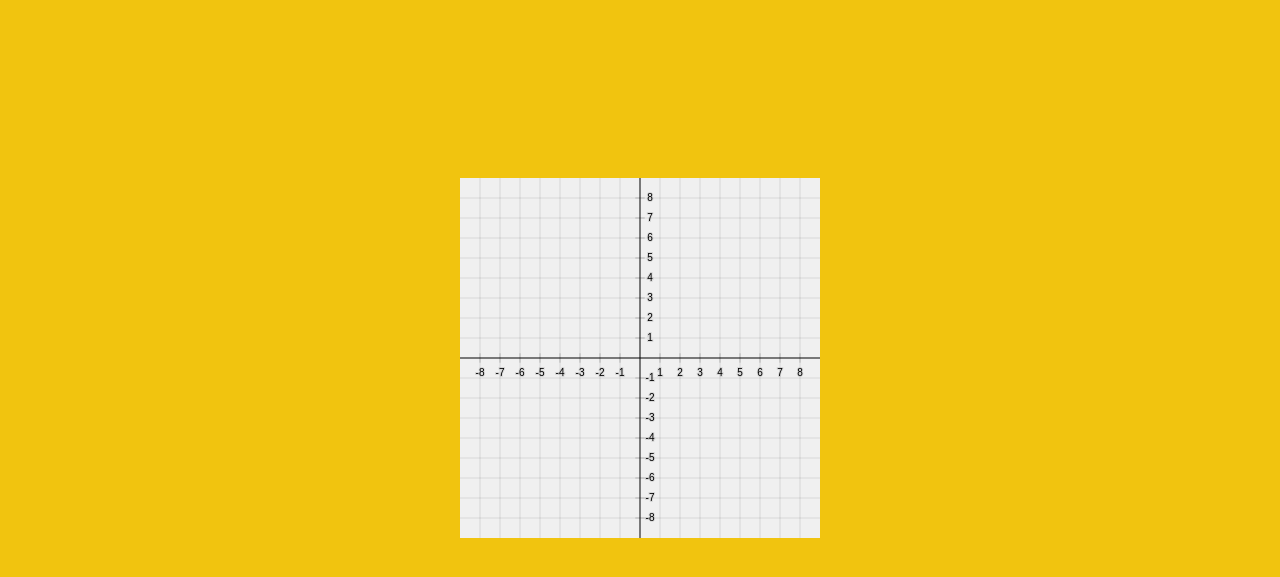
Repository: animarcus/graphing-app
Page: index.html
The author's editor kept a copy of each file at every save. The page is drawn from the files as they stood at one save, then again after the next save.
The browser window is 1280 px wide. The pictures show the whole page.
Some web libraries are served in a nearby version.

Above is the page before, as saved 2020-09-26 21:23:22.

### index.html
<!DOCTYPE html>
<html lang="en">
<head>
  <link rel="apple-touch-icon"sizes="180x180"href="/icons/apple-touch-icon.png">
  <link rel="icon"type="image/png"sizes="32x32"href="/icons/favicon-32x32.png">
  <link rel="icon"type="image/png"sizes="16x16"href="/icons/favicon-16x16.png">
  <link rel="manifest"href="/icons/site.webmanifest">

  <link rel="stylesheet" href="css/style.css">
  <meta charset="UTF-8">
  <meta name="viewport" content="width=device-width, initial-scale=1.0, maximum-scale=1.0, user-scalable=0">
  <title>PLACEHOLDER</title>

  <script type="text/javascript" src="https://cdn.jsdelivr.net/npm/p5@1.1.4/lib/p5.min.js"></script>
  <script src="js/sketch.js"></script>
</head>
<body>
  <div id="canvas1"></div>
</body>
</html>

### css/style.css
* {
  cursor: default;
  /* -webkit-touch-callout: none;
  -webkit-user-select: none;
  -khtml-user-select: none;
  -moz-user-select: none;
  -ms-user-select: none;
  user-select: none; */
}
body {
  background: #f1c40f;
  height: 100%;
  overflow-y: hidden;
  overflow-x: hidden;
  /* border-radius: 50%; */
}

#canvas1 {
  position: absolute;
  top:50%;
  left:50%;
  transform: translate(-50%,-50%);
}

### js/sketch.js

let canvasW = 360;
let canvasH = 360;
let cellW = 20;

function setup() {
  let canvas = createCanvas(canvasW,canvasH);
  canvas.parent("canvas1");

  background(240);
  translate(canvasW/2, canvasH/2);

  stroke('rgba(0%, 0%, 0%, 1)');
  line(-canvasW/2, 0, canvasW/2, 0);
  line(0, -canvasH/2, 0, canvasH/2);

  stroke('rgba(0%, 0%, 0%, 0.1)');
  textAlign(CENTER, BOTTOM);
  textSize(cellW/2);
  for (let x = -canvasW/2; x < canvasW/2; x += cellW) {
    if (x === -canvasW/2 || x === canvasW/2 || x === 0) {
      continue;
    }
    let currentX = round(x/cellW);
    strokeWeight(1);
    line(x, -canvasH/2, x, canvasH/2);
    strokeWeight(2);
    line(x, -cellW/5, x, cellW/5);
    text(currentX, x, cellW);
  }
  textAlign(CENTER, CENTER);
  for (let y = -canvasH/2; y < canvasH/2; y += cellW) {
    if (y === -canvasH/2 || y === canvasH/2 || y === 0) {
      continue;
    }
    let currentY = round(-y/cellW);
    strokeWeight(1);
    line(-canvasW/2, y, canvasW/2, y);
    strokeWeight(2);
    line(-cellW/5, y, cellW/5, y);
    text(currentY, cellW/2, y);
  }
}


function draw() {
  fill(color("green"));
  drawHandlers.drawGrid();
}


let drawHandlers = {
  drawGrid : function() {

  }
};

### js/function.js
class func {
  constructor(a,b) {
    this.a = Number(a);
    this.b = Number(b);
    this.domain = [-canvasW/2, canvasW/2];
    this.results = [];
    console.log(this.a);
  }
  calc1dFunc() {
    for (let x = this.domain[0]/cellW; x <= this.domain[1]/cellW; x += 1) {
      this.y = this.a*x+this.b;
      this.currentRes = {"x": x, "y": this.y};
      this.results.push(this.currentRes);
    }
    console.log(this.results);
  }
  drawFunc() {
    translate(canvasW/2, canvasH/2);
    // rect(50,50,50,50);
    stroke('rgba(0%, 0%, 0%, 1)');
    for (let curr = 1; curr < this.results.length; curr ++) {
      let current = {"x": this.results[curr].x*cellW, "y": this.results[curr].y*cellW};
      let previous = {"x": this.results[curr-1].x*cellW, "y": this.results[curr-1].y*cellW};

      stroke('rgba(0%, 0%, 0%, 1)');
      line(previous.x, -previous.y, current.x, -current.y);
      stroke('rgba(0%, 0%, 0%, 0)');
      rect(current.x-5,-current.y-5,10,10);
      if (current.x/cellW !== 0) {
        // text(["(",current.x/cellW ,";" , current.y/cellW, ")"].join(""), current.x +cellW/2, -current.y +cellW/2);
      }
      // previous = {"x": current.x*cellW, "y": current.y*cellW};
    }

  }
}

After the next save:
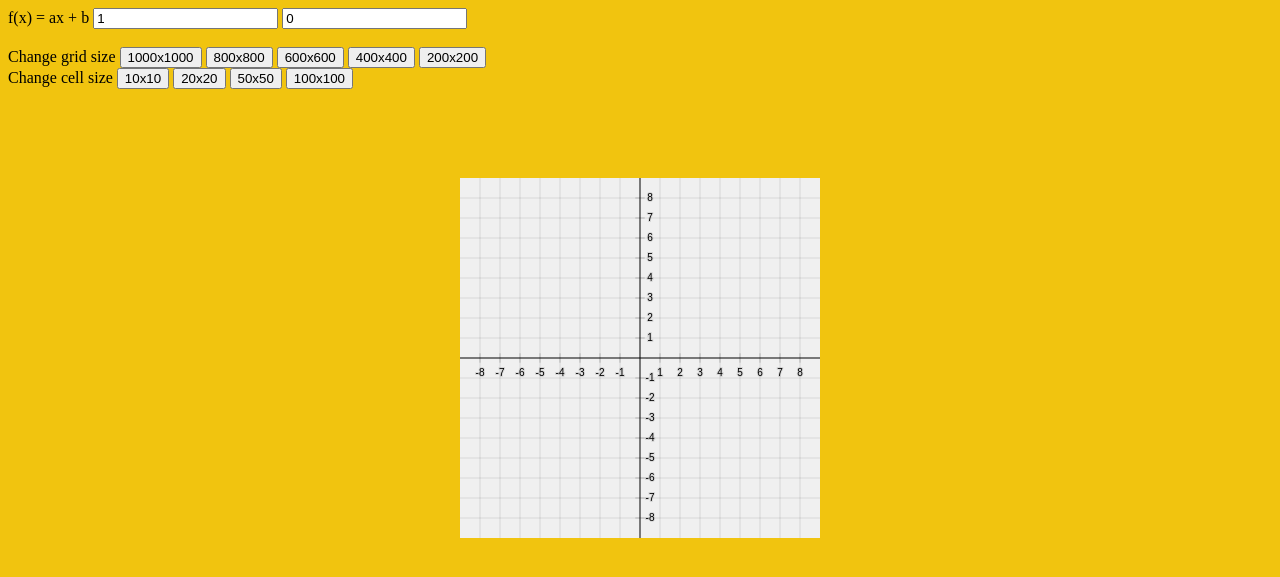
Saved 2 days later.
--- a/index.html
+++ b/index.html
@@ -9,12 +9,32 @@
   <link rel="stylesheet" href="css/style.css">
   <meta charset="UTF-8">
   <meta name="viewport" content="width=device-width, initial-scale=1.0, maximum-scale=1.0, user-scalable=0">
-  <title>PLACEHOLDER</title>
+  <title>Graphing app</title>
 
   <script type="text/javascript" src="https://cdn.jsdelivr.net/npm/p5@1.1.4/lib/p5.min.js"></script>
   <script src="js/sketch.js"></script>
+  <script src="js/function.js"></script>
 </head>
 <body>
   <div id="canvas1"></div>
-</body>
+  <label>f(x) = ax + b</label>
+  <input placeholder="a" type="number" value="1" id="inputA" oninput="update()">
+  <input placeholder="b" type="number" value="0" id="inputB" oninput="update()">
+  <br><br>
+  <div id="gridButtons">
+    <label>Change grid size</label>
+    <button onclick="resizeGrid(1000,1000,0)">1000x1000</button>
+    <button onclick="resizeGrid(800,800,0)">800x800</button>
+    <button onclick="resizeGrid(600,600,0)">600x600</button>
+    <button onclick="resizeGrid(400,400,0)">400x400</button>
+    <button onclick="resizeGrid(200,200,0)">200x200</button>
+  </div>
+  <div id="cellButtons">
+    <label>Change cell size</label>
+    <button onclick="resizeGrid(0,0,10)">10x10</button>
+    <button onclick="resizeGrid(0,0,20)">20x20</button>
+    <button onclick="resizeGrid(0,0,50)">50x50</button>
+    <button onclick="resizeGrid(0,0,100)">100x100</button>
+  </div>
+  </body>
 </html>
